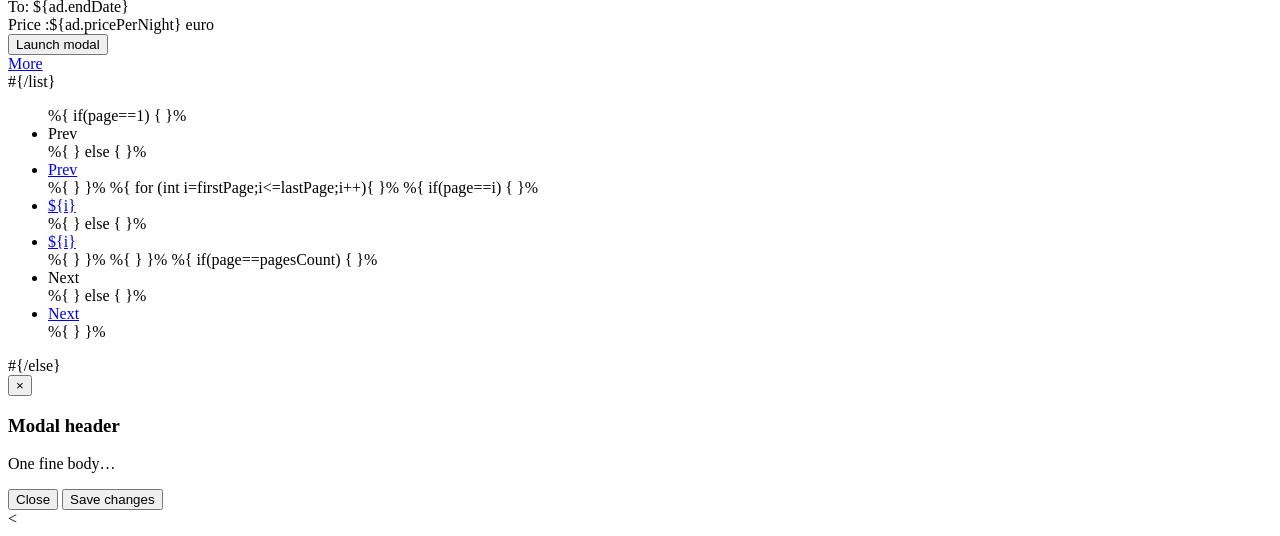
Repository: Maalejm/SEBA
Page: SlifeWebSite/app/views/RentOffers/listOf.html
An editor plug-in stored every save of this project. The page is shown before and after the next save, followed by the edit.
The browser window is 1280 px wide. The pictures show the part of the page from y = 450 to 986 px (the page is 986 px tall).
A picture or video elsewhere on the page could not be fetched, so the positions and the page height are approximate.

Above is the page before, as saved 2013-07-10 07:59:50.
Console error: ReferenceError: $ is not defined

### SlifeWebSite/app/views/RentOffers/listOf.html
#{ifnot offers }
    			<p>
      			  No Offers Found
    			</p>
			   #{/ifnot}
				#{else}


           		<div>
   		 		 	<div class="Caption"> About ${offersCount}  Search Result found </div>
   		 			<div class="tradeContent">
           		%{ int j=1;}%
   		 			#{list offers, as:'ad'}
   		 			    %{ mclass="offerMargin";
   		 			      if(j==3) {
   		 			      	mclass="";
   		 			      	j=0;
   		 			      }
   		 			      j++;
   		 			     }%
               			<div class="offerItem ${mclass}">
                        <div class="offerImg">
                           <img src="/public/img/rooms/${ad.image}"  class="img-polaroid">
                        </div>
                        <div class="salprice">From :${ad.startDate} </div>
                        <div class="salprice">To: ${ad.endDate} </div>
                        <div class="salprice">Price :${ad.pricePerNight} euro</div>
                        <button type="button" data-toggle="modal" data-target="#myModal">Launch modal</button>
                        <div class="saleMoreCell"><a class="btn moreBtn" href="/rentoffer/viewOffer/${ad.id}" >More <i class="icon-circle-arrow-right"></i></a></div>
                        </div>
           			#{/list}

   				</div>
   				</div>
   				<div class="pagination pagination-centered clearpag">
                        <ul>
                            %{ if(page==1) { }%
                            <li class="disabled"><a>Prev</a></li>
                            %{ } else { }%
                            <li><a id="prePage" href="${page-1};${firstPage};${lastPage}">Prev</a></li>
                            %{ } }%

                            %{


                            	for (int i=firstPage;i<=lastPage;i++){

                            }%

                            %{ if(page==i) { }%
                            <li class="active"><a class="pagebtn" href="${i};${firstPage};${lastPage}">${i}</a></li>
                            %{ } else { }%
                            <li><a class="pagebtn" href="${i};${firstPage};${lastPage}">${i}</a></li>
                            %{ } }%


                            %{
                             }
                            }%

                            %{ if(page==pagesCount) { }%
                            <li class="disabled"><a>Next</a></li>
                            %{ } else { }%
                            <li><a id="nextPage" href="${page+1};${firstPage};${lastPage}" >Next</a></li>
                            %{ } }%



                        </ul>
                    </div>

				#{/else}


	<!-- Modal -->
<div id="myModal" class="modal hide fade" tabindex="-1" role="dialog" aria-labelledby="myModalLabel" aria-hidden="true">
  <div class="modal-header">
    <button type="button" class="close" data-dismiss="modal" aria-hidden="true">×</button>
    <h3 id="myModalLabel">Modal header</h3>
  </div>
  <div class="modal-body">
    <p>One fine body…</p>
  </div>
  <div class="modal-footer">
    <button class="btn" data-dismiss="modal" aria-hidden="true">Close</button>
    <button class="btn btn-primary">Save changes</button>
  </div>
</div>


<<script type="text/javascript">
$('#myModal').modal({
	  keyboard: false
	})
</script>

After the next save:
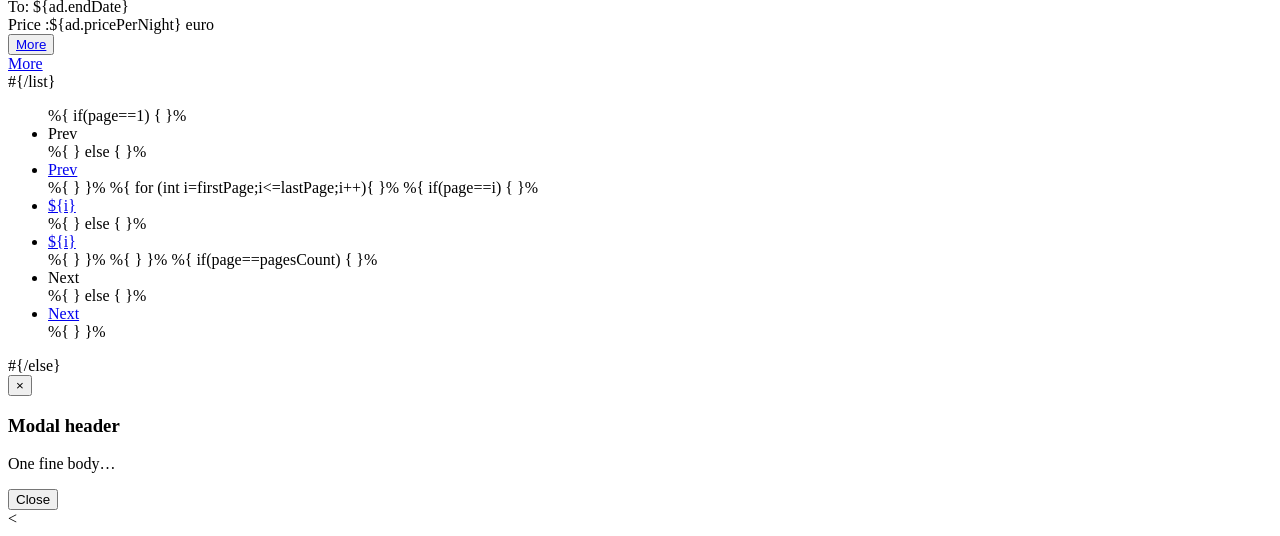
Saved 7 min 15 s later.
--- a/SlifeWebSite/app/views/RentOffers/listOf.html
+++ b/SlifeWebSite/app/views/RentOffers/listOf.html
@@ -25,7 +25,7 @@
                         <div class="salprice">From :${ad.startDate} </div>
                         <div class="salprice">To: ${ad.endDate} </div>
                         <div class="salprice">Price :${ad.pricePerNight} euro</div>
-                        <button type="button" data-toggle="modal" data-target="#myModal">Launch modal</button>
+                        <button type="button" data-toggle="modal" data-target="#myModal"><a class="moreOfBtn" href="${ad.id}" >More</a></button>
                         <div class="saleMoreCell"><a class="btn moreBtn" href="/rentoffer/viewOffer/${ad.id}" >More <i class="icon-circle-arrow-right"></i></a></div>
                         </div>
            			#{/list}
@@ -78,18 +78,28 @@
     <button type="button" class="close" data-dismiss="modal" aria-hidden="true">×</button>
     <h3 id="myModalLabel">Modal header</h3>
   </div>
-  <div class="modal-body">
+  <div id="modalResults" class="modal-body">
     <p>One fine body…</p>
   </div>
   <div class="modal-footer">
     <button class="btn" data-dismiss="modal" aria-hidden="true">Close</button>
-    <button class="btn btn-primary">Save changes</button>
   </div>
 </div>
 
 
 <<script type="text/javascript">
+
 $('#myModal').modal({
 	  keyboard: false
 	})
+
+
+	 $('.moreOfBtn').live('click', function(e) {
+
+    	category=$(this).attr('href');
+
+
+
+    })
+
 </script>
